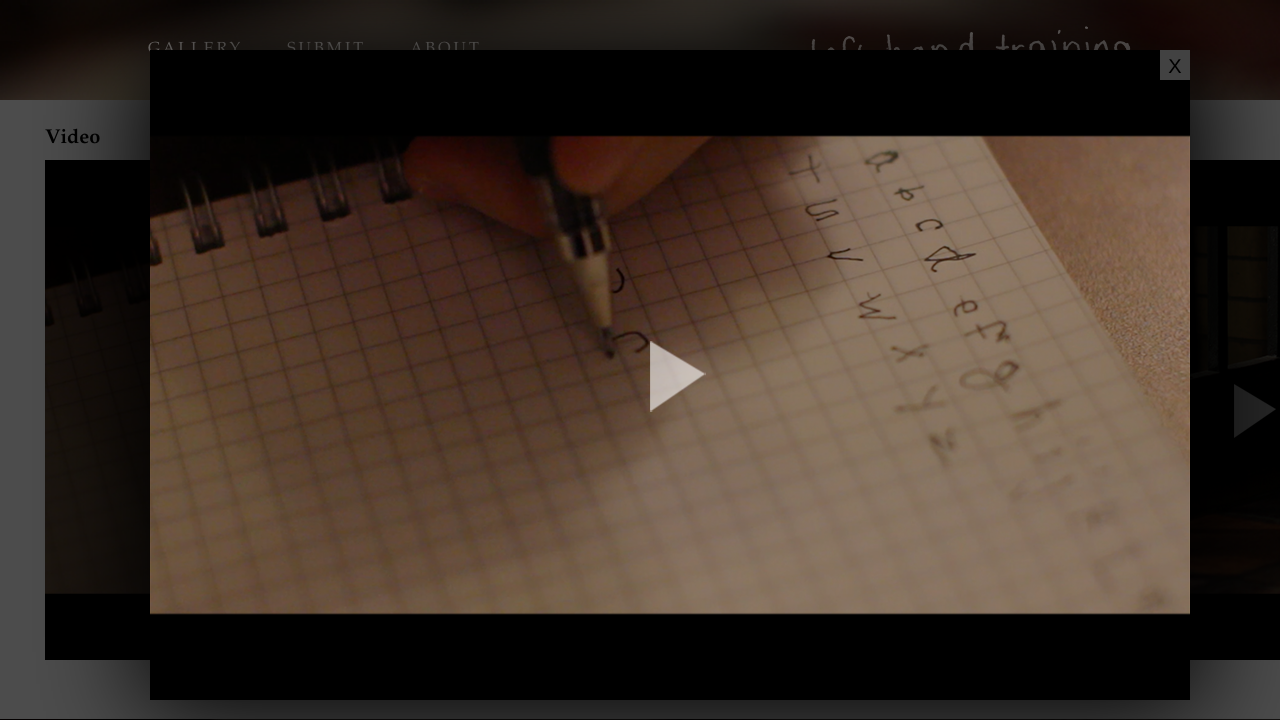
Repository: simonekurtz/simonekurtz.github.io
Page: 3ASGN_Catalog/videolink3.html
The author's editor kept a record of every edit. The page is drawn from the files as they stood at one moment, then again after the next edit.
The browser window is 1280 px wide. The pictures show the whole page.

Above is the page before.

After the next edit:
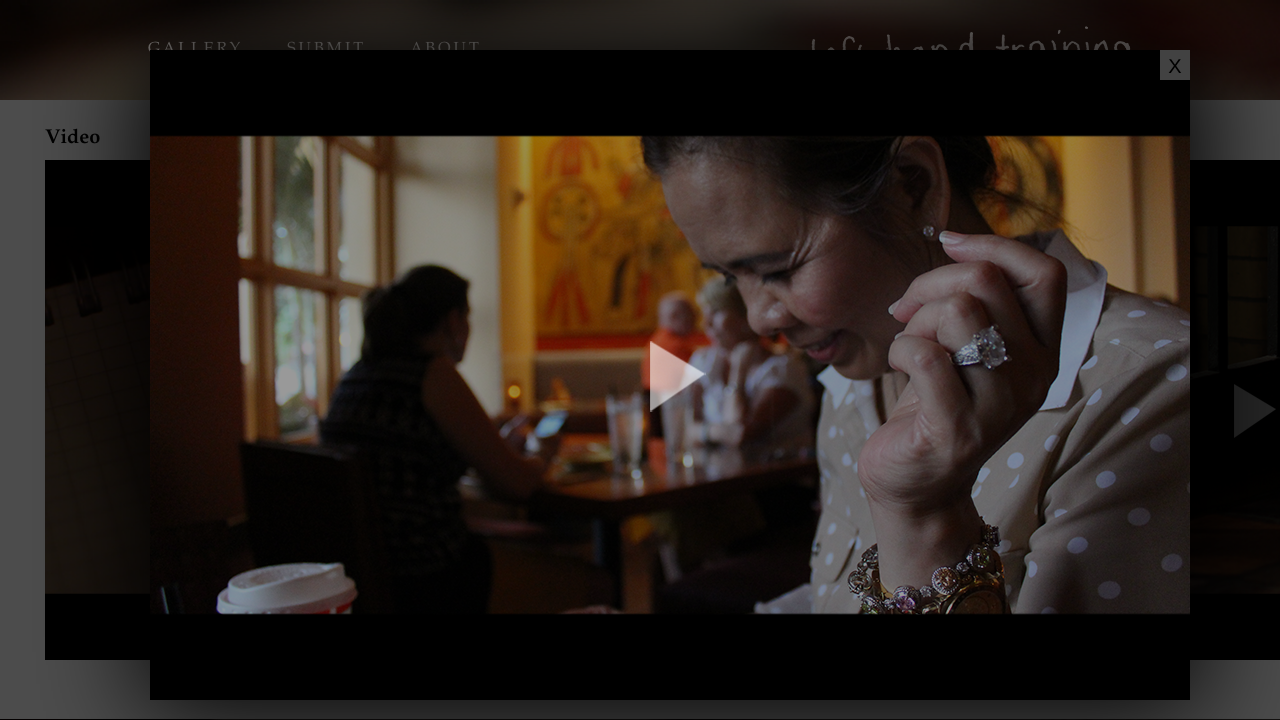
The edit:
--- a/3ASGN_Catalog/videolink3.html
+++ b/3ASGN_Catalog/videolink3.html
@@ -11,7 +11,7 @@
         </div>
 
         <div class="OverlayElement">
-        <img src="images/images/Video1_Big.png">
+        <img src="images/images/Video3_Big.png">
         </div>
 
 
